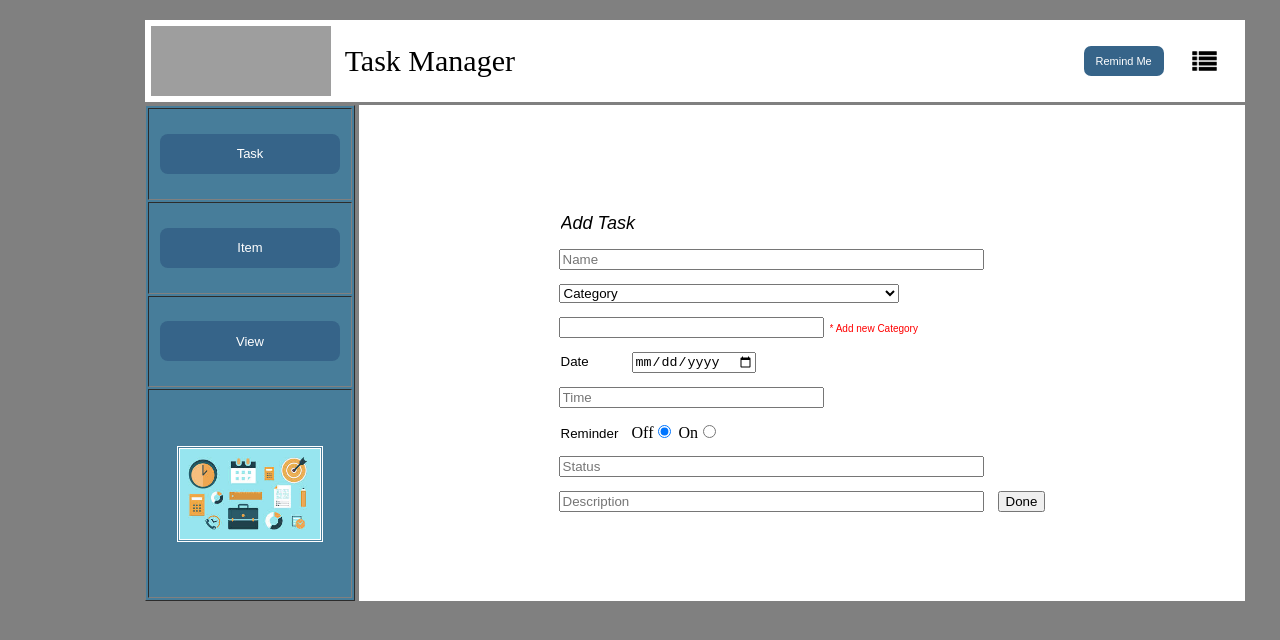
Repository: SnehaSalvi/TaskManagerProject
Page: http://localhost/TaskManagerChecklist/AddTask.jsp
The author's editor kept a copy of each file at every save. The page is drawn from the files as they stood at one save, then again after the next save.
The browser window is 1280 px wide. The pictures show the whole page.
Pictures or frames that could not be fetched are drawn as grey boxes. The page is served by Tomcat 9.

Above is the page before, as saved 2016-10-14 10:00:40.

After the next save:
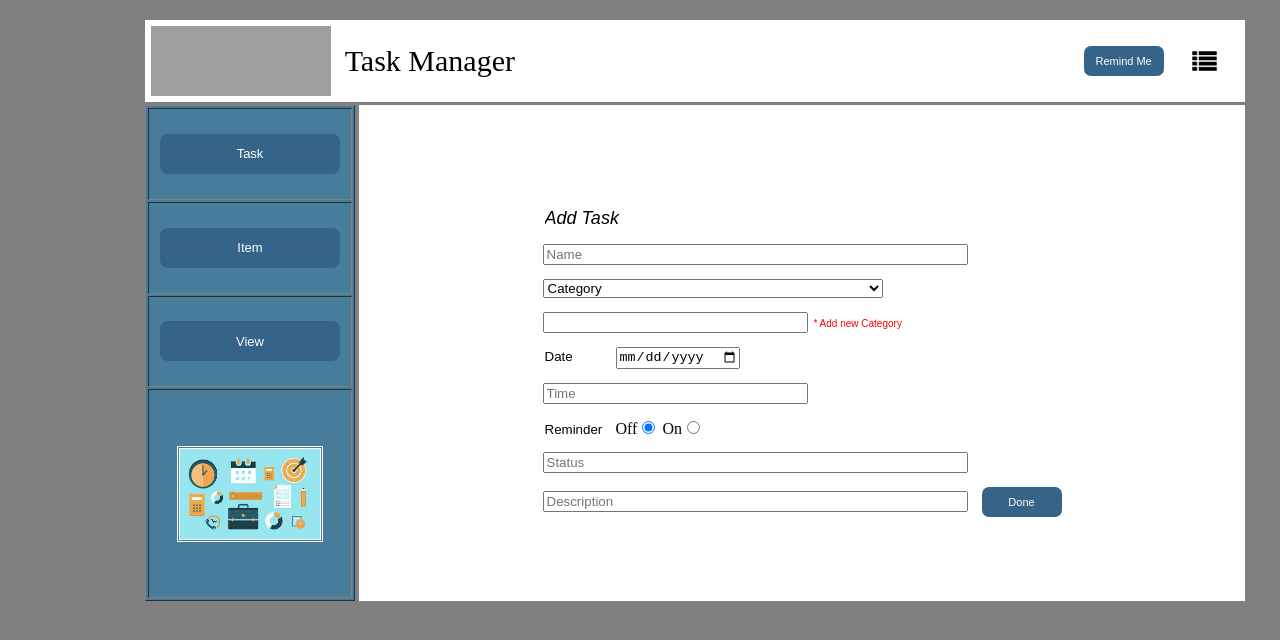
Saved 36 min 32 s later.
--- a/TaskManagerChecklist/WebContent/AddTask.jsp
+++ b/TaskManagerChecklist/WebContent/AddTask.jsp
@@ -119,7 +119,7 @@
 										<input type="text" name="description" placeholder="Description" size="50" required="required"/>
 									</td>
 									<td>
-										<input type="submit" value="Done"/>
+										<input type="submit" id="button1" value="Done"/>
 									</td>
 								</tr>
 							</table>
